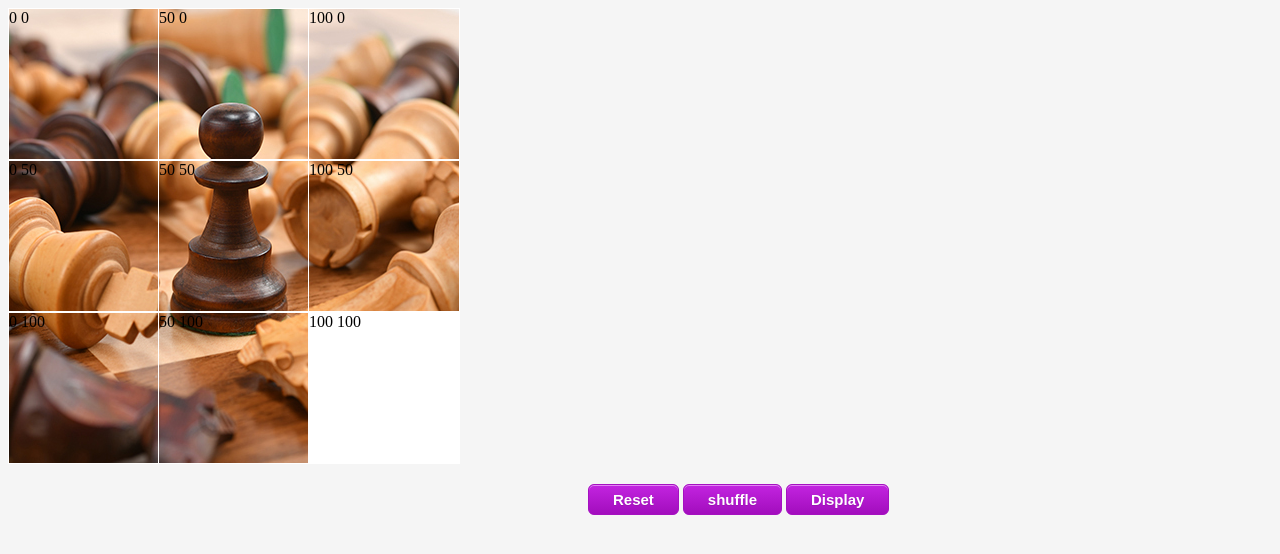
Repository: rashmikagamage/puzzle-vanila-js
Page: index.html
The author's editor kept a copy of each file at every save. The page is drawn from the files as they stood at one save, then again after the next save.
The browser window is 1280 px wide. The pictures show the whole page.

Above is the page before, as saved 2020-08-06 12:56:00.

### index.html
<!DOCTYPE html>
<html>

<head>
    <link rel="stylesheet" type="text/css" href="./style.css">
</head>

<body>

    <div class="gridContainer" id="imgContainer"></div>
    <button class="reset " style="margin-left: 580px; " onclick="reset() " align="center ">Reset</button>
    <button class="reset " onclick="shuffle() ">shuffle</button>
    <button class="reset" onclick="display()"> Display</button>
    <script src="./function.js">
    </script>

</body>

</html>

### style.css
.gridContainer {
    display: grid;
}

body {
    background-color: whitesmoke;
}

.wrapper {
    margin-left: 460px;
    margin-top: 50px;
    display: grid;
    grid-template-columns: 143px 143px 143px;
    grid-template-rows: 145px 145px 148px;
}

.reset {
    margin-top: 20px;
    box-shadow: inset 0px 1px 0px 0px #e184f3;
    background: linear-gradient(to bottom, #c123de 5%, #a20dbd 100%);
    background-color: #c123de;
    border-radius: 6px;
    border: 1px solid #a511c0;
    display: inline-block;
    cursor: pointer;
    color: #ffffff;
    font-family: Arial;
    font-size: 15px;
    font-weight: bold;
    padding: 6px 24px;
    text-decoration: none;
    text-shadow: 0px 1px 0px #9b14b3;
}

.reset:hover {
    background: linear-gradient(to bottom, #a20dbd 5%, #c123de 100%);
    background-color: #a20dbd;
}

.reset:active {
    position: relative;
    top: 1px;
}

.test {
    width: 350px;
    height: 70px;
    padding: 10px;
    border: 1px solid #aaaaaa;
}

### function.js
let cells = [];
let cellsCopy = []
let dragElement;
let moves = 0;
let num2;

function myFunction(num) {
    num2 = num
    cellsCopy = [...cells];
    let cellSize = 450 / num + "px";
    let diff = 100 / num;
    let grid = "";
    let row = num;
    let col = num;
    let idCount = 0;

    for (let i = 0; i < num; i++) {
        grid = grid + cellSize + " ";
    }

    document.getElementById("imgContainer").style.gridTemplateColumns = grid;
    let yPosition = 0;
    for (let i = 0; i < row; i++) {
        let xPosition = 0;
        for (let j = 0; j < col; j++) {

            var x = document.createElement("div");
            x.style.width = cellSize;
            x.style.height = cellSize;
            x.style.border = "solid white 1px";
            x.setAttribute("id", "img" + idCount);

            if (idCount == (num * num) - 1) {
                x.style.backgroundColor = "white";
                cells.push({ 'x': -1, 'y': -1 });
            } else {
                x.style.backgroundImage = "url('./chess.jpg')";
                cells.push({ 'x': xPosition, 'y': yPosition });
            }

            x.style.backgroundPosition = xPosition + "% " + yPosition + "%";
            x.innerText = xPosition + " " + yPosition
            x.draggable = "true";
            x.addEventListener("dragstart", () => drag(event))
            x.addEventListener("dragover", () => allowDrop(event))
            x.addEventListener("drop", () => move(event))
            document.getElementById("imgContainer").appendChild(x);
            xPosition = xPosition + (100 / (num - 1));
            idCount++;

        }
        yPosition = yPosition + (100 / (num - 1));
    }
    cellsCopy = [...cells]
}

function build() {
    var flag = true;
    for (let i = 0; i < 9; i++) {
        cell = "i" + i;
        document.getElementById(cell).src = './puzzle-imgs/' + cells[i] + '.jpg';
    }

    //if array equals to starting array user wins
    for (let i = 0; i < cellsCopy.length; i++) {
        if (cells[i] != cellsCopy[i]) {
            flag = false;
            break;
        }
    }
    if (flag == true && moves > 0) {
        won();
    }
}


function allowDrop(ev) {
    ev.preventDefault();
}

function drag(ev) {
    ev.dataTransfer.setData("contain", ev.target.id);
    dragElement = parseInt(event.target.id.substring(3));
}

function move(ev) {
    let num = num2
    dropElement = parseInt(event.target.id.substring(3));

    let flag = false;
    //handling right moves
    if (dragElement % num < (num - 1) && cells[dropElement].x == -1) {

        if (cells[dragElement + 1].x == -1) {

            document.getElementById("img" + dragElement).style.backgroundImage = "";
            document.getElementById("img" + dragElement).style.backgroundColor = "white";
            document.getElementById("img" + dropElement).style.backgroundImage = "url('./chess.jpg.')";
            document.getElementById("img" + dropElement).style.backgroundPosition = cells[dragElement].x + "% " + cells[dragElement].y + "% ";
            temp = cells[dragElement];
            cells[dragElement] = cells[dropElement];
            cells[dropElement] = temp;
            flag = true;
            moves++;
            checkWin();

            //;
        }
    }

    //handling down moves
    if (dragElement < ((num * num) - num) && cells[dropElement].x == -1) {
        if (cells[dragElement + num].x == -1) {
            document.getElementById("img" + dragElement).style.backgroundImage = "";
            document.getElementById("img" + dragElement).style.backgroundColor = "white";
            document.getElementById("img" + dropElement).style.backgroundImage = "url('./chess.jpg.')";
            document.getElementById("img" + dropElement).style.backgroundPosition = cells[dragElement].x + "% " + cells[dragElement].y + "% ";
            temp = cells[dragElement];
            cells[dragElement] = cells[dropElement];;
            cells[dropElement] = temp;
            flag = true;
            moves++;
            checkWin();
        }
    }

    //handling up moves
    if (dragElement < (num * num) && dragElement > num - 1 && cells[dropElement].x == -1) {

        if (cells[dragElement - num].x == -1) {
            document.getElementById("img" + dragElement).style.backgroundImage = "";
            document.getElementById("img" + dragElement).style.backgroundColor = "white";
            document.getElementById("img" + dropElement).style.backgroundImage = "url('./chess.jpg.')";
            document.getElementById("img" + dropElement).style.backgroundPosition = cells[dragElement].x + "% " + cells[dragElement].y + "% ";
            temp = cells[dragElement];
            cells[dragElement] = cells[dropElement];
            cells[dropElement] = temp;
            flag = true;
            moves++;
            checkWin();
        }
    }

    //handling left moves
    if (dragElement % num > 0 && cells[dropElement].x == -1) {
        if (cells[dragElement - 1].x == -1) {
            document.getElementById("img" + dragElement).style.backgroundImage = "";
            document.getElementById("img" + dragElement).style.backgroundColor = "white";
            document.getElementById("img" + dropElement).style.backgroundImage = "url('./chess.jpg.')";
            document.getElementById("img" + dropElement).style.backgroundPosition = cells[dragElement].x + "% " + cells[dragElement].y + "% ";
            temp = cells[dragElement];
            cells[dragElement] = cells[dropElement];
            cells[dropElement] = temp;
            flag = true;
            moves++;
            checkWin();
        }
    }
    if (flag == false) {
        alert("Can not be Moved");
    }
}

function checkWin() {
    var flag = true;

    //if array equals to starting array user wins
    for (let i = 0; i < cellsCopy.length; i++) {
        if (cells[i] != cellsCopy[i]) {
            flag = false;
            break;
        }
    }
    if (flag == true && moves > 0) {
        alert("win")
    }
}
myFunction(3);

After the next save:
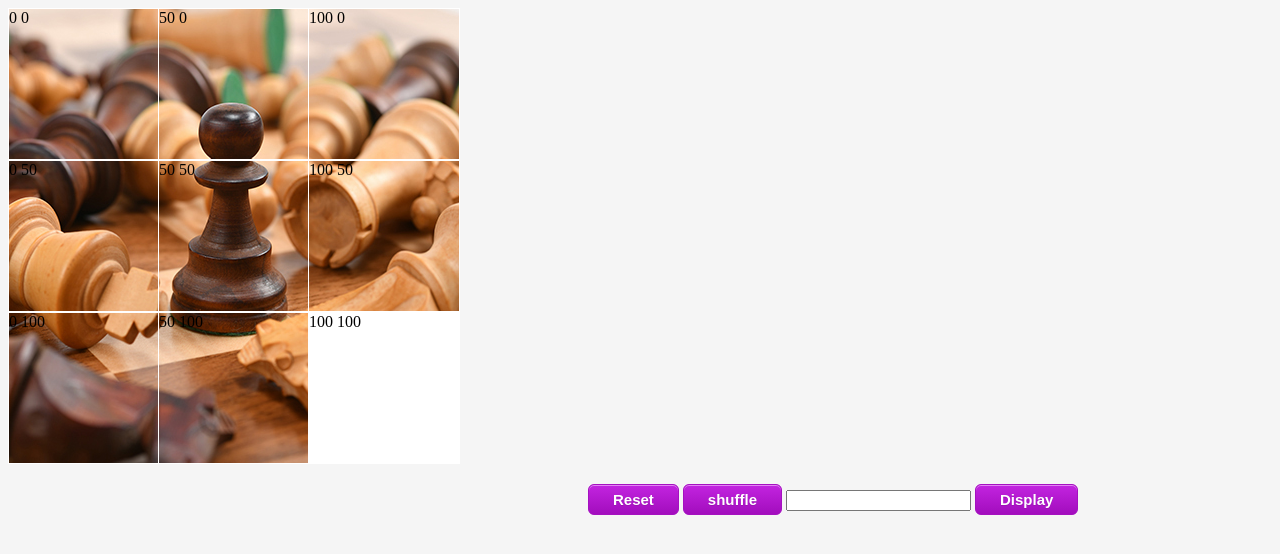
Saved 2 min 43 s later.
--- a/index.html
+++ b/index.html
@@ -10,7 +10,10 @@
     <div class="gridContainer" id="imgContainer"></div>
     <button class="reset " style="margin-left: 580px; " onclick="reset() " align="center ">Reset</button>
     <button class="reset " onclick="shuffle() ">shuffle</button>
+
+    <input type="text" name="number">
     <button class="reset" onclick="display()"> Display</button>
+
     <script src="./function.js">
     </script>
 
